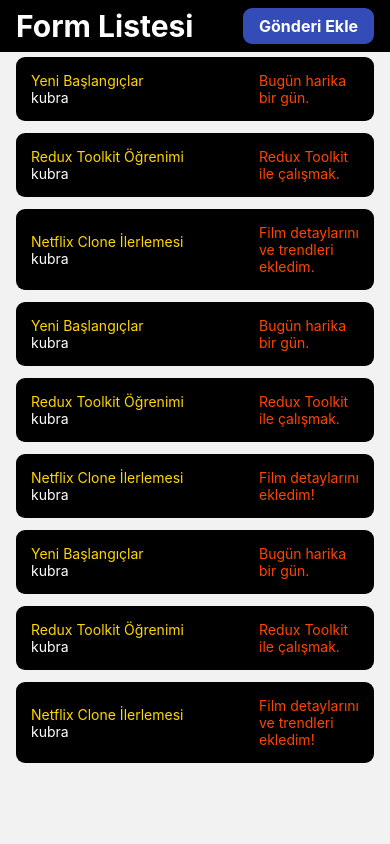
Repository: Kubraaygun/FirebaseRN
Screen: /
These files come from the project's save history. The screen is drawn as it stood at one moment and after the next save; the edit follows.
The app was drawn by React Native's web renderer in a window 390 px wide. The project was rebuilt for these pictures with package versions that can differ from the ones it lists, and the page was loaded fresh each time. Requests to the local data server were answered from the project's data file. Also part of the build but not shown: src/screens/AddPost/AddPostView.jsx, src/screens/AddPost/AddPostModel.js, src/screens/AddPost/AddPostController.jsx.

Above is the screen before, as saved 2025-01-31 23:24:38.

### App.js
import {SafeAreaView, StyleSheet, Text, View} from 'react-native';
import React, {useState} from 'react';
import {createNativeStackNavigator} from '@react-navigation/native-stack';
import {NavigationContainer} from '@react-navigation/native';
import ListPostController from './src/screens/ListPost/ListPostController';
import AddPostController from './src/screens/AddPost/AddPostController';
import AppBar from './src/screens/component/AppBar';

const App = () => {
  const [activePage, setActivePage] = useState('Gönderiler');
  const Stack = createNativeStackNavigator();
  return (
    <SafeAreaView style={{flex: 1}}>
      <NavigationContainer>
        <AppBar activePage={activePage} setActivePage={setActivePage} />
        <Stack.Navigator screenOptions={{headerShown: false}}>
          <Stack.Screen name="ListPost" component={ListPostController} />
          <Stack.Screen name="AddPost" component={AddPostController} />
        </Stack.Navigator>
      </NavigationContainer>
    </SafeAreaView>
  );
};

export default App;

const styles = StyleSheet.create({});

### src/screens/ListPost/ListPostController.jsx
import {StyleSheet, Text, View} from 'react-native';
import React, {useEffect, useState} from 'react';
import ListPostView from './ListPostView';
import axios from 'axios';
const ListPostController = () => {
  const [postData, setPostData] = useState([]);
  useEffect(() => {
    axios
      .get('http://localhost:3000/posts')
      .then(res => setPostData(res.data))
      .catch(error => console.log(error));
  }, []);
  return <ListPostView postData={postData} />;
};

export default ListPostController;

const styles = StyleSheet.create({});

### src/screens/component/AppBar.jsx
import {StyleSheet, Text, View} from 'react-native';
import React from 'react';
import CustomButton from './CustomButton';
import {useNavigation} from '@react-navigation/native';

const AppBar = ({activePage, setActivePage}) => {
  const navigation = useNavigation();
  return (
    <View style={styles.container}>
      <Text style={styles.title}>Form Listesi</Text>
      {activePage === 'Gönderiler' ? (
        <CustomButton
          buttonTitle={'Gönderi Ekle'}
          onPress={() => {
            setActivePage('Gönderi Ekle');
            navigation.navigate('AddPost');
          }}
        />
      ) : (
        <CustomButton
          buttonTitle={'Gönderi Listesi'}
          onPress={() => {
            setActivePage('Gönderiler');
            navigation.navigate('ListPost');
          }}
        />
      )}
    </View>
  );
};

export default AppBar;

const styles = StyleSheet.create({
  container: {
    backgroundColor: '#000000',
    flexDirection: 'row',
    justifyContent: 'space-between',
    paddingHorizontal: 16,
    paddingVertical: 8,
    alignItems: 'center',
  },
  title: {
    color: 'white',
    fontSize: 30,
    fontWeight: '700',
  },
});

### src/screens/ListPost/ListPostView.jsx
import {FlatList, StyleSheet, Text, View} from 'react-native';
import React from 'react';

const ListPostView = ({postData}) => {
  return (
    <View style={styles.container}>
      <FlatList
        showsVerticalScrollIndicator={false}
        contentContainerStyle={{
          gap: 12,
        }}
        data={postData}
        renderItem={({item}) => (
          <View style={styles.post}>
            <View style={styles.info}>
              <Text style={styles.title}>{item.title}</Text>
              <Text style={styles.user}>{item.user}</Text>
            </View>

            <Text style={styles.text}>{item.text}</Text>
          </View>
        )}
      />
    </View>
  );
};

export default ListPostView;

const styles = StyleSheet.create({
  container: {
    paddingHorizontal: 16,
    paddingVertical: 5,
  },
  post: {
    backgroundColor: 'black',
    justifyContent: 'space-between',
    alignItems: 'center',
    flexDirection: 'row',
    padding: 15,
    borderRadius: 9,
    gap: 10,
  },
  title: {
    color: 'gold',
  },
  user: {
    color: 'white',
  },
  text: {
    color: 'orangered',
    width: 100,
  },
});

### src/screens/component/CustomButton.jsx
import {StyleSheet, Text, TouchableOpacity, View} from 'react-native';
import React from 'react';

const CustomButton = ({buttonTitle, onPress}) => {
  return (
    <TouchableOpacity onPress={onPress} style={styles.buttonContainer}>
      <Text style={styles.buttonTitle}>{buttonTitle}</Text>
    </TouchableOpacity>
  );
};

export default CustomButton;

const styles = StyleSheet.create({
  buttonContainer: {
    backgroundColor: '#344CB7',
    paddingHorizontal: 16,
    paddingVertical: 8,
    borderRadius: 9,
    alignItems: 'center',
    justifyContent: 'center',
  },
  buttonTitle: {
    color: '#ffffff',
    fontSize: 16,
    fontWeight: '700',
  },
});

### db.json
{
  "posts": [
    {
      "id": 1,
      "date": "2025-01-20",
      "title": "Yeni Başlangıçlar",
      "text": "Bugün harika bir gün.",
      "user": "kubra"
    },
    {
      "id": 2,
      "date": "2025-01-19",
      "title": "Redux Toolkit Öğrenimi",
      "text": "Redux Toolkit ile çalışmak.",
      "user": "kubra"
    },
    {
      "id": 3,
      "date": "2025-01-18",
      "title": "Netflix Clone İlerlemesi",
      "text": "Film detaylarını ve trendleri ekledim.",
      "user": "kubra"
    },
    {
      "id": 4,
      "date": "2025-01-20",
      "title": "Yeni Başlangıçlar",
      "text": "Bugün harika bir gün.",
      "user": "kubra"
    },
    {
      "id": 5,
      "date": "2025-01-19",
      "title": "Redux Toolkit Öğrenimi",
      "text": "Redux Toolkit ile çalışmak.",
      "user": "kubra"
    },
    {
      "id": 6,
      "date": "2025-01-18",
      "title": "Netflix Clone İlerlemesi",
      "text": "Film detaylarını ekledim!",
      "user": "kubra"
    },
    {
      "id": 7,
      "date": "2025-01-20",
      "title": "Yeni Başlangıçlar",
      "text": "Bugün harika bir gün.",
      "user": "kubra"
    },
    {
      "id": 8,
      "date": "2025-01-19",
      "title": "Redux Toolkit Öğrenimi",
      "text": "Redux Toolkit ile çalışmak.",
      "user": "kubra"
    },
    {
      "id": 3,
      "date": "2025-01-18",
      "title": "Netflix Clone İlerlemesi",
      "text": "Film detaylarını ve trendleri ekledim!",
      "user": "kubra"
    }
  ]
}

After the next save:
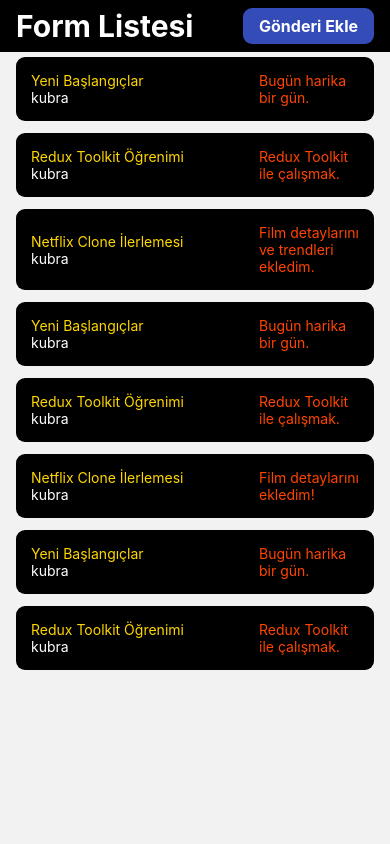
Saved 44 s later.
--- a/db.json
+++ b/db.json
@@ -1,67 +1,60 @@
 {
   "posts": [
     {
-      "id": 1,
+      "id": "1",
       "date": "2025-01-20",
       "title": "Yeni Başlangıçlar",
       "text": "Bugün harika bir gün.",
       "user": "kubra"
     },
     {
-      "id": 2,
+      "id": "2",
       "date": "2025-01-19",
       "title": "Redux Toolkit Öğrenimi",
       "text": "Redux Toolkit ile çalışmak.",
       "user": "kubra"
     },
     {
-      "id": 3,
+      "id": "3",
       "date": "2025-01-18",
       "title": "Netflix Clone İlerlemesi",
       "text": "Film detaylarını ve trendleri ekledim.",
       "user": "kubra"
     },
     {
-      "id": 4,
+      "id": "4",
       "date": "2025-01-20",
       "title": "Yeni Başlangıçlar",
       "text": "Bugün harika bir gün.",
       "user": "kubra"
     },
     {
-      "id": 5,
+      "id": "5",
       "date": "2025-01-19",
       "title": "Redux Toolkit Öğrenimi",
       "text": "Redux Toolkit ile çalışmak.",
       "user": "kubra"
     },
     {
-      "id": 6,
+      "id": "6",
       "date": "2025-01-18",
       "title": "Netflix Clone İlerlemesi",
       "text": "Film detaylarını ekledim!",
       "user": "kubra"
     },
     {
-      "id": 7,
+      "id": "7",
       "date": "2025-01-20",
       "title": "Yeni Başlangıçlar",
       "text": "Bugün harika bir gün.",
       "user": "kubra"
     },
     {
-      "id": 8,
+      "id": "8",
       "date": "2025-01-19",
       "title": "Redux Toolkit Öğrenimi",
       "text": "Redux Toolkit ile çalışmak.",
       "user": "kubra"
-    },
-    {
-      "id": 3,
-      "date": "2025-01-18",
-      "title": "Netflix Clone İlerlemesi",
-      "text": "Film detaylarını ve trendleri ekledim!",
-      "user": "kubra"
     }
   ]
 }
